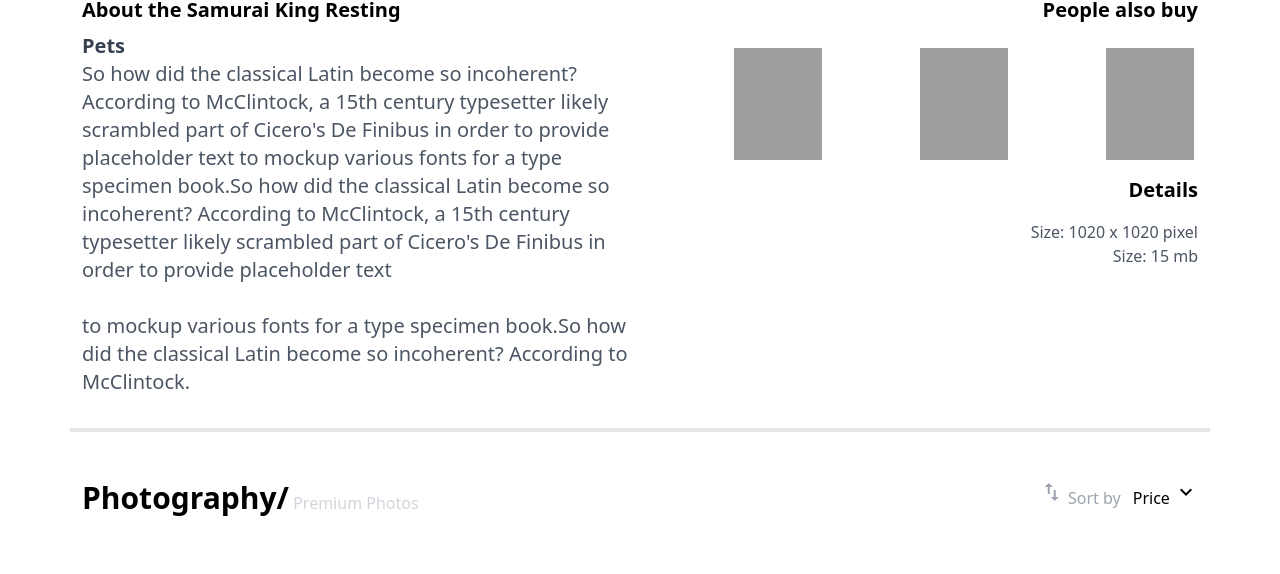
Repository: latenightsnacc/cra-template-html
Page: index.html
These files come from the project's save history. The page is drawn as it stood at one moment and after the next save; the edit follows.
The browser window is 1280 px wide. The pictures show the part of the page from y = 528 to 1102 px (the page is 2226 px tall).
Pictures or frames that could not be fetched are drawn as grey boxes. A picture or video elsewhere on the page could not be fetched, so the positions and the page height are approximate.

Above is the page before, as saved 2021-04-22 15:44:13.

### index.html
<!DOCTYPE html>
<html lang="en">
<head>
    <meta charset="UTF-8">
    <meta http-equiv="X-UA-Compatible" content="IE=edge">
    <meta name="viewport" content="width=device-width, initial-scale=1.0">
    <!--Tailwind Css-->
    <link href="https://unpkg.com/tailwindcss@^2/dist/tailwind.min.css" rel="stylesheet">
    <!--Bootstrap CSS-->
    <link href="https://cdn.jsdelivr.net/npm/bootstrap@5.0.0-beta3/dist/css/bootstrap.min.css" rel="stylesheet" integrity="sha384-eOJMYsd53ii+scO/bJGFsiCZc+5NDVN2yr8+0RDqr0Ql0h+rP48ckxlpbzKgwra6" crossorigin="anonymous">
    <!--Material Icons-->
    <link href="https://fonts.googleapis.com/css?family=Material+Icons|Material+Icons+Outlined|Material+Icons+Two+Tone|Material+Icons+Round|Material+Icons+Sharp" rel="stylesheet">
    <!--Google Font-->
    <link rel="preconnect" href="https://fonts.gstatic.com">
    <link href="https://fonts.googleapis.com/css2?family=Archivo:wght@400;700&display=swap" rel="stylesheet">
    <!--Page Title-->
    <title>CRA-TEMPLATE</title>

    <!--STYLING-->
    <style>
        @import url('https://fonts.googleapis.com/css2?family=Archivo:wght@400;700&display=swap');
        body {
            font-family: 'Archivo' sans-serif;
        }
    </style>
</head>
<body class="bg-white overflow-x-hidden">
    <main class="wrapper mx-auto p-1">

        <!--Navbar-->
        <nav class="bg-white ">
            <div class="container border-b-4 border-b-gray-300 relative">
                <div class="flex flex-row justify-between py-3 ">
                    <a href="index.html">
                        <p>BEJAMAS</p>
                    </a>
                    <button class="relative">
                        <span class="material-icons-outlined">
                            shopping_cart
                            </span>
                            <div class="absolute bottom-0 top-7 left-4">
                                <span class=" opacity-100 w-1.5 h-1 text-xs p-1 bg-black text-white rounded-sm">0</span>
                            </div>

                    </button>
                </div>
                <div class="absolute -bottom-30 right-0 ">
                    <!--CART MODAL-->
                    <div id="cart-modal" class="opacity-0 h-auto bg-white w-96 border-4 border-gray-100 z-50 p-3">
                        <!--CLOSE BUTTON-->
                        <div class="flex flex-row justify-end items-center">
                            <span class="material-icons-outlined">
                                close
                                </span>
                        </div>
                        <!--CART ITEM-->
                        <div class="flex flex-row h-24 items-center mb-2">
                            <!--ITEM DETAILS-->
                            <div class="w-2/3">
                                <div class="text-lg font-bold capitalize text-black">samurai king resting </div>
                                <div class="flex flex-row items-center text-gray-600 text-2xl">
                                     &dollar;10000.00
                                </div>
                            </div>
                            <!--ITEM IMAGE-->
                            <div class="w-1/3">
                                <img src="/potd.jpg" alt="" class="w-32">
                            </div>
                        </div>
                        <!--END OF CART ITEM-->

                    </div>
                </div>
            </div>
        </nav>
        <!--End of Navbar-->

        <!--PHOTO OF THE DAY-->
        <div class="container">
            <div class="flex flex-row justify-between py-4">
                <!--Photo Title-->
                <h3 class="capitalize text-2xl md:text-3xl font-bold">samurai king resting</h3>
                <!--Add To Car Button-->
                <button class="hidden md:block bg-black text-white uppercase h-12 w-64 text-2xl">add to cart</button>
            </div>
            <!--Photo Box-->
            <div class="relative py-3 ">
                <img class="z-20" src="/potd.jpg"  alt="">
                <div class="absolute bottom-0 left-0">
                    <div class="bg-white font-semibold text-sm text-black w-64 h-16 text-center py-3">Photo of the day</div>
                </div>
            </div>
            <!--Add To Car Button-->
            <button class="mt-2 md:hidden bg-black text-white uppercase h-12 w-full text-2xl">add to cart</button>
        </div>
        <!--DETAILS OF PHOTO OF THE DAY-->
        <div class="container border-b-4 border-b-gray-300">
            <div class="flex flex-col md:flex-row py-3">
                <!--About Photo of the Day-->
                <div class="w-full md:w-1/2">
                    <h4 class="text-black font-bold text-lg md:text-xl">About the Samurai King Resting</h4>
                    <span class="py-5-5 text-gray-700 text-lg md:text-xl font-bold">Pets</span>
                    <!--Text-->
                    <p class="text-lg md:text-xl text-gray-600">So how did the classical Latin become so incoherent? According to McClintock, a 15th century typesetter likely scrambled part of Cicero's De Finibus in order to provide placeholder text
                     to mockup various fonts for a type specimen book.So how did the classical Latin become so incoherent? According to McClintock, a 15th century typesetter likely scrambled part of Cicero's De Finibus in order to provide placeholder

                        text <br/> <br/>to mockup various fonts for a type specimen book.So how did the classical Latin become so incoherent? According to McClintock.</p>
                </div>
                <!--Related Posts-->
                <div class="w-full md:w-1/2">
                    <!--Related Pictures Title-->
                    <h4 class="text-left md:text-right text-black font-bold text-xl">People also buy</h4>
                    <!--Related Images-->
                    <div class="flex flex-row py-3">
                        <div class="w-full w-1/3">
                            <a href="#" >
                                <img class="md:float-right px-1 md:px-0 w-24 h-28 " src="/others.jpg" alt="" width="117px" height="147px" >
                            </a></div>
                        <div class="w-full w-1/3">
                            <a href="#">
                                <img class="md:float-right px-1 md:px-0 w-24 h-28" src="/others.jpg" alt="" width="117px" height="147px" >
                            </a>
                        </div>
                        <div class="w-full w-1/3">
                            <a href="#" >
                                <img class="md:float-right px-1 md:px-0 w-24 h-28" src="/others.jpg" alt="" width="117px" height="147px" >
                            </a>
                        </div>
                    </div>
                    <!--PHOTO OF THE DAY DETAILS-->
                    <ul class="text-left md:text-right pl-0">
                        <div class=" text-black font-bold text-xl capitalize pb-3">details</div>
                        <li class=" font-normal text-base text-gray-600">Size: 1020 x 1020 pixel</li>
                        <li class=" font-normal text-base text-gray-600">Size: 15 mb</li>
                    </ul>
                </div>
            </div>
        </div>
        <!--END OF PHOTO OF THE DAY-->

        <!--GALLERY-->
        <section class="container">
            <!--GALLERY TOP NAVIGATION-->
            <nav class="relative flex flex-row justify-between py-5">
                <div class="text-base md:text-3xl text-black font-bold">Photography/<span class="text-gray-300 text-base font-normal"> Premium Photos</span></div>
                <ul class="flex flex-row">
                    <li class="hidden md:block flex flex-row items-center md:mr-3 text-gray-400">
                        <span class="material-icons-outlined">
                        import_export
                        </span>
                         Sort by
                    </li>
                    <li class="hidden md:block flex flex-row items-center text-black">
                        Price
                        <span class="material-icons-outlined">
                            keyboard_arrow_down
                            </span>

                    </li>
                    <li class=" md:hidden flex flex-row items-center text-black">
                        <span class="material-icons-outlined">filter_alt</span>
                    </li>
                </ul>
            </nav>

            <div class="flex flex-row">
                <!--SIDE MENU-->
                <div class="w-0 md:w-1/4 flex flex-col">
                    <!--Category Menu-->
                    <div class="hidden md:block border-b-4 border-b-gray-300">

                        <ul class="pb-3">
                            <div class="text-black font-bold text-xl capitalize mb-3">category</div>

                            <li class="flex flex-row items-center space-around capitalize text-2xl text-black mb-3">
                                <span class="material-icons-outlined mr-3">
                                check_box_outline_blank
                                </span>
                                People
                            </li>
                            <li class="flex flex-row items-center space-around capitalize text-2xl text-black mb-3">
                                <span class="material-icons-outlined mr-3">
                                check_box_outline_blank
                                </span>
                                Premium
                            </li>
                            <li class="flex flex-row items-center space-around capitalize text-2xl text-black mb-3">
                                <span class="material-icons-outlined mr-3">check_box</span>
                                pets
                            </li>
                            <li class="flex flex-row items-center space-around capitalize text-2xl text-black mb-3">
                                <span class="material-icons-outlined mr-3">check_box</span>
                                food
                            </li>
                            <li class="flex flex-row items-center space-around capitalize text-2xl text-black mb-3">
                                <span class="material-icons-outlined mr-3">check_box</span>
                                landmarks
                            </li>
                            <li class="flex flex-row items-center space-around capitalize text-2xl text-black mb-3">
                                <span class="material-icons-outlined mr-3">
                                check_box_outline_blank
                                </span>
                                cities
                            </li>
                            <li class="flex flex-row items-center space-around capitalize text-2xl text-black mb-3">
                                <span class="material-icons-outlined mr-3">
                                check_box_outline_blank
                                </span>
                                nature
                            </li>
                        </ul>
                    </div>

                    <!--Price Filter-->
                    <div class="hidden md:block mt-4">
                        <ul class="pb-3">
                            <div class="text-black font-bold text-xl capitalize mb-3">price range</div>

                            <li class="flex flex-row items-center space-around  text-2xl text-black mb-3">
                                <span class="material-icons-outlined mr-3">
                                check_box_outline_blank
                                </span>
                                Lower than <span class="ml-1 font-semibold text-sm">&dollar;</span>20
                            </li>
                            <li class="flex flex-row items-center space-around  text-2xl text-black mb-3">
                                <span class="material-icons-outlined mr-3">
                                check_box_outline_blank
                                </span>
                                <span class="ml-1 font-semibold text-sm">&dollar;</span>20 - <span class="ml-1 font-semibold text-sm">&dollar;</span>100
                            </li>
                            <li class="flex flex-row items-center space-around  text-2xl text-black mb-3">
                                <span class="material-icons-outlined mr-3">
                                check_box_outline_blank
                                </span>
                                <span class="ml-1 font-semibold text-sm">&dollar;</span>100 - <span class="ml-1 font-semibold text-sm">&dollar;</span>200
                            </li>
                            <li class="flex flex-row items-center space-around  text-2xl text-black mb-3">
                                <span class="material-icons-outlined mr-3">
                                check_box_outline_blank
                                </span>
                                More than <span class="ml-1 font-semibold text-sm">&dollar;</span>200
                            </li>
                        </ul>
                    </div>
                </div>

                <!--GALLERY IMAGES-->
                <div class="w-full flex flex-col md:w-3/4">
                    <!--ROW ONE-->
                    <div class="flex flex-col md:flex-row">
                        <!--IMAGE-->
                        <div class="w-full md:w-1/3 mx-3 mb-5">
                            <div class=" flex">
                                <div class="group relative w-80">
                                    <img class="w-80 h-96" src="/others.jpg" alt="" >
                                    <!--Feature Tag-->
                                    <div class="absolute top-0 bottom-0">
                                        <div class="bg-white text-black font-semibold px-3 py-1 border-0 text-sm">Best seller</div>
                                    </div>
                                    <!--Add to cart Button-->
                                    <div class="absolute bottom-0 left-0 right-0">
                                        <button class="opacity-0 w-full  h-11  bg-black text-white uppercase group-hover:opacity-100">add to cart</button>
                                    </div>
                                </div>
                            </div>
                            <!--Image Category Tag-->
                            <div class="text-sm text-gray-600 capitalize pt-2 font-semibold">people</div>
                            <!--Image Title-->
                            <div class="font-bold text-black text-2xl capitalize">red bench</div>
                            <!--Image Price-->
                            <div class="text-gray-600  flex flex-row items-center"> <span class="text-sm">&dollar;</span><span class="text-xl">3.98</span></div>
                        </div>
                        <!--IMAGE-->
                        <div class="w-full md:w-1/3 mx-3 mb-5">
                            <div class="flex">
                                <div class="group relative w-80">
                                    <img class="w-80 h-96" src="/others.jpg" alt="" >
                                    <div class="absolute top-0 bottom-0">
                                        <div class=" opacity-0 bg-white text-black font-semibold px-3 py-1 border-0 text-sm">Best seller</div>
                                    </div>
                                    <!--Add to cart Button-->
                                    <div class="absolute bottom-0 left-0 right-0">
                                        <button class="opacity-0 w-full h-11 bg-black text-white uppercase group-hover:opacity-100">add to cart</button>
                                    </div>
                                </div>
                            </div>
                            <!--Image Category Tag-->
                            <div class="text-sm text-gray-600 capitalize pt-2 font-semibold">people</div>
                            <!--Image Title-->
                            <div class="font-bold text-black text-2xl capitalize">red bench</div>
                            <!--Image Price-->
                            <div class="text-gray-600  flex flex-row items-center"> <span class="text-sm">&dollar;</span><span class="text-xl">3.98</span></div>
                        </div>
                        <!--IMAGE-->
                        <div class="w-full md:w-1/3 mx-3 mb-5">
                            <div class="flex">
                                <div class="group relative w-80">
                                    <img class="w-80 h-96" src="/others.jpg" alt="" >
                                    <div class="absolute top-0 bottom-0">
                                        <div class=" opacity-0 bg-white text-black font-semibold px-3 py-1 border-0 text-sm">Best seller</div>
                                    </div>
                                    <!--Add to cart Button-->
                                    <div class="absolute bottom-0 left-0 right-0">
                                        <button class="opacity-0 w-full h-11 bg-black text-white uppercase group-hover:opacity-100">add to cart</button>
                                    </div>
                                </div>
                            </div>
                            <!--Image Category Tag-->
                            <div class="text-sm text-gray-600 capitalize pt-2 font-semibold">people</div>
                            <!--Image Title-->
                            <div class="font-bold text-black text-2xl capitalize">red bench</div>
                            <!--Image Price-->
                            <div class="text-gray-600  flex flex-row items-center"> <span class="text-sm">&dollar;</span><span class="text-xl">3.98</span></div>
                        </div>



                    </div>
                    <!--ROW TWO-->
                    <div class="flex flex-col md:flex-row">
                        <!--IMAGE-->
                        <div class="w-full md:w-1/3 mx-3 mb-5">
                            <div class="flex">
                                <div class="group relative w-80">
                                    <img class="w-80 h-96" src="/others.jpg" alt="" >
                                    <div class="absolute top-0 bottom-0">
                                        <div class=" opacity-0 bg-white text-black font-semibold px-3 py-1 border-0 text-sm">Best seller</div>
                                    </div>
                                    <!--Add to cart Button-->
                                    <div class="absolute bottom-0 left-0 right-0">
                                        <button class="opacity-0 w-full h-11 bg-black text-white uppercase group-hover:opacity-100">add to cart</button>
                                    </div>
                                </div>
                            </div>
                            <!--Image Category Tag-->
                            <div class="text-sm text-gray-600 capitalize pt-2 font-semibold">people</div>
                            <!--Image Title-->
                            <div class="font-bold text-black text-2xl capitalize">red bench</div>
                            <!--Image Price-->
                            <div class="text-gray-600  flex flex-row items-center"> <span class="text-sm">&dollar;</span><span class="text-xl">3.98</span></div>
                        </div>
                        <!--IMAGE-->
                        <div class="w-full md:w-1/3 mx-3 mb-5">
                            <div class="flex">
                                <div class="group relative w-80">
                                    <img class="w-80 h-96" src="/others.jpg" alt="" >
                                    <div class="absolute top-0 bottom-0">
                                        <div class=" opacity-0 bg-white text-black font-semibold px-3 py-1 border-0 text-sm">Best seller</div>
                                    </div>
                                    <!--Add to cart Button-->
                                    <div class="absolute bottom-0 left-0 right-0">
                                        <button class="opacity-0 w-full h-11 bg-black text-white uppercase group-hover:opacity-100">add to cart</button>
                                    </div>
                                </div>
                            </div>
                            <!--Image Category Tag-->
                            <div class="text-sm text-gray-600 capitalize pt-2 font-semibold">people</div>
                            <!--Image Title-->
                            <div class="font-bold text-black text-2xl capitalize">red bench</div>
                            <!--Image Price-->
                            <div class="text-gray-600  flex flex-row items-center"> <span class="text-sm">&dollar;</span><span class="text-xl">3.98</span></div>
                        </div>
                        <!--IMAGE-->
                        <div class="w-full md:w-1/3 mx-3 mb-5">
                            <div class="flex">
                                <div class="group relative w-80">
                                    <img class="w-80 h-96" src="/others.jpg" alt="" >
                                    <div class="absolute top-0 bottom-0">
                                        <div class=" opacity-0 bg-white text-black font-semibold px-3 py-1 border-0 text-sm">Best seller</div>
                                    </div>
                                    <!--Add to cart Button-->
                                    <div class="absolute bottom-0 left-0 right-0">
                                        <button class="opacity-0 w-full h-11 bg-black text-white uppercase group-hover:opacity-100">add to cart</button>
                                    </div>
                                </div>
                            </div>
                            <!--Image Category Tag-->
                            <div class="text-sm text-gray-600 capitalize pt-2 font-semibold">people</div>
                            <!--Image Title-->
                            <div class="font-bold text-black text-2xl capitalize">red bench</div>
                            <!--Image Price-->
                            <div class="text-gray-600  flex flex-row items-center"> <span class="text-sm">&dollar;</span><span class="text-xl">3.98</span></div>
                        </div>


                    </div>
                </div>
            </div>
        </section>
        <!--END OF GALLERY-->
        <!--PAGINATION-->
        <div class="flex flex-row w-full justify-center">
            <nav>
                <ul class="flex flex-row items-center h-16 justify-center">
                    <li>
                        <a href="#" class="text-black text-2xl md:text-3xl no-underline hover:text-black hover:no-underline text-base" aria-label="Previous">
                            <span class="material-icons-outlined">keyboard_arrow_left</span>
                        </a>
                    </li>
                    <li>
                        <a href="#" class="text-gray-400 text-2xl md:text-3xl no-underline hover:text-black hover:no-underline px-1">1</a>
                    </li>
                    <li>
                        <a href="#" class="text-gray-400 text-2xl md:text-3xl no-underline hover:text-black hover:no-underline px-1">2</a>
                    </li>
                    <li>
                        <a href="#" class="text-black text-2xl md:text-3xl font-bold no-underline hover:text-black hover:no-underline px-1">3</a>
                    </li>
                    <li>
                        <a href="#" class="text-gray-400 text-2xl md:text-3xl no-underline hover:text-black hover:no-underline px-1">4</a>
                    </li>
                    <li>
                        <a href="#" class="text-black text-2xl md:text-3xl no-underline hover:text-black hover:no-underline" aria-label="Previous">
                            <span class="material-icons-outlined">keyboard_arrow_right</span>
                        </a>
                    </li>
                </ul>
            </nav>
        </div>
        <!--END OF PAGINATION-->


    </main>
    <!--bootstrap JS-->
    <script src="https://cdn.jsdelivr.net/npm/bootstrap@5.0.0-beta3/dist/js/bootstrap.bundle.min.js" integrity="sha384-JEW9xMcG8R+pH31jmWH6WWP0WintQrMb4s7ZOdauHnUtxwoG2vI5DkLtS3qm9Ekf" crossorigin="anonymous"></script>
</body>
</html>

After the next save:
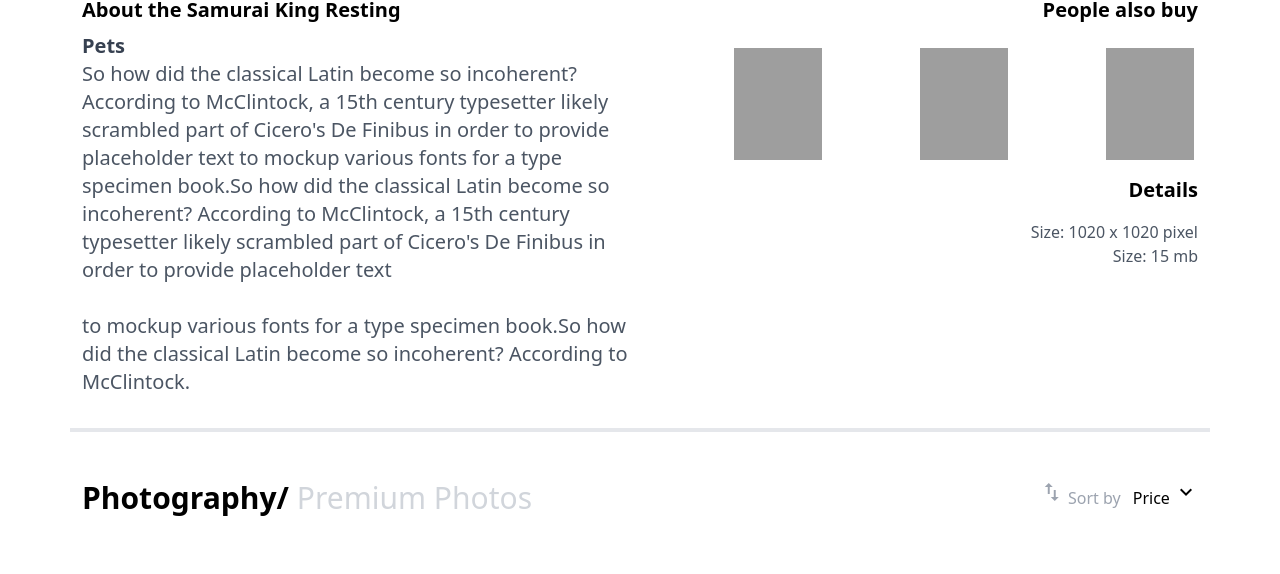
Saved 29 s later.
--- a/index.html
+++ b/index.html
@@ -142,7 +142,7 @@
         <section class="container">
             <!--GALLERY TOP NAVIGATION-->
             <nav class="relative flex flex-row justify-between py-5">
-                <div class="text-base md:text-3xl text-black font-bold">Photography/<span class="text-gray-300 text-base font-normal"> Premium Photos</span></div>
+                <div class="text-base md:text-3xl text-black font-bold">Photography/<span class="text-gray-300 text-base md:text-3xl font-normal"> Premium Photos</span></div>
                 <ul class="flex flex-row">
                     <li class="hidden md:block flex flex-row items-center md:mr-3 text-gray-400">
                         <span class="material-icons-outlined">
